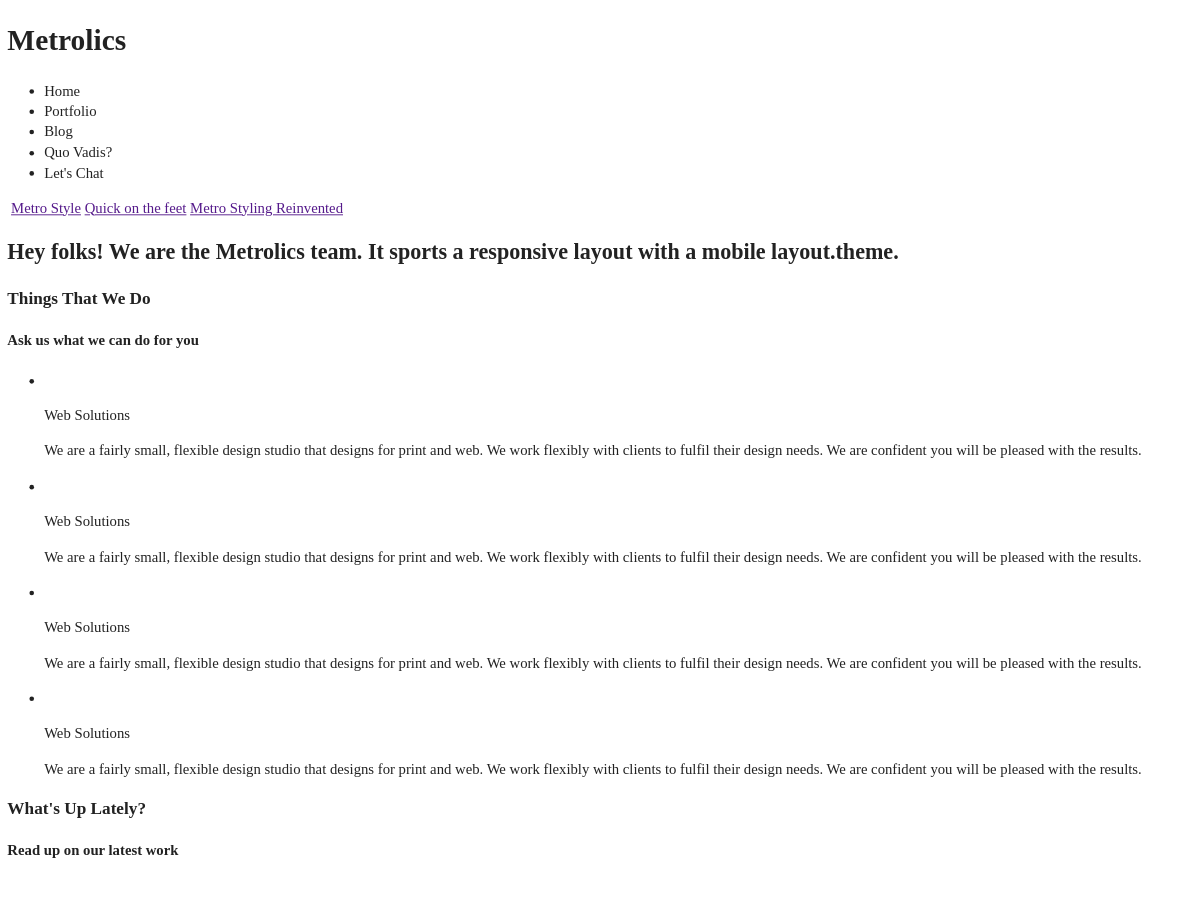
Repository: kaitlynlew/Lab02-Metrolics
Page: index.html
The author's editor kept a copy of each file at every save. The page is drawn from the files as they stood at one save, then again after the next save.
The browser window is 1280 px wide. The pictures show the whole page, at 92% of full size.

Above is the page before, as saved 2025-01-22 15:18:44.

### index.html
<!doctype html>
<html class="no-js" lang="">

<head>
  <meta charset="utf-8">
  <meta name="viewport" content="width=device-width, initial-scale=1">
  <title>Metrolics</title>
  <link rel="stylesheet" href="css/style.css">
  <meta name="description" content="">

  <meta property="og:title" content="">
  <meta property="og:type" content="">
  <meta property="og:url" content="">
  <meta property="og:image" content="">
  <meta property="og:image:alt" content="">

  <link rel="manifest" href="site.webmanifest">
  <meta name="theme-color" content="#fafafa">
</head>

<body>

  <header>
    <h1>Metrolics</h1>
    <nav>
        <ul>
            <li>Home</li>
            <li>Portfolio</li>
            <li>Blog</li>
            <li>Quo Vadis?</li>
            <li>Let's Chat</li>
        </ul>
    </nav>
</header>

<div>
  <img src="">
  <a href="">Metro Style</a>
  <a href="">Quick on the feet</a>
  <a href="">Metro Styling Reinvented</a>
</div>

<h2>Hey folks! We are the Metrolics team. It sports a responsive layout with a mobile layout.theme.</h2>

<section>
    <h3>Things That We Do</h3>
    <h4>Ask us what we can do for you</h4>
    <div>
        <ul>
            <li><img src="">
                <p>Web Solutions</p>
                <p>We are a fairly small, flexible design studio that designs for print and web. We work flexibly with clients to fulfil their design needs. We are confident you will be pleased with the results.</p>
            </li>
        </ul>
        <ul>
            <li><img src="">
                <p>Web Solutions</p>
                <p>We are a fairly small, flexible design studio that designs for print and web. We work flexibly with clients to fulfil their design needs. We are confident you will be pleased with the results.</p>
            </li>
        </ul>
        <ul>
            <li><img src="">
                <p>Web Solutions</p>
                <p>We are a fairly small, flexible design studio that designs for print and web. We work flexibly with clients to fulfil their design needs. We are confident you will be pleased with the results.</p>
            </li>
        </ul>
        <ul>
            <li><img src="">
                <p>Web Solutions</p>
                <p>We are a fairly small, flexible design studio that designs for print and web. We work flexibly with clients to fulfil their design needs. We are confident you will be pleased with the results.</p>
            </li>
        </ul>
    </div>
</section>

<section>
  <h3>What's Up Lately?</h3>
  <h4>Read up on our latest work</h4>
  <div>
    <img src="">
    <img src="">
    <img src="">
  </div>
</section>

  <script src="js/app.js"></script>

</body>

</html>

### css/style.css
/*! HTML5 Boilerplate v9.0.1 | MIT License | https://html5boilerplate.com/ */

/* main.css 3.0.0 | MIT License | https://github.com/h5bp/main.css#readme */
/*
 * What follows is the result of much research on cross-browser styling.
 * Credit left inline and big thanks to Nicolas Gallagher, Jonathan Neal,
 * Kroc Camen, and the H5BP dev community and team.
 */

/* ==========================================================================
   Base styles: opinionated defaults
   ========================================================================== */

html {
  color: #222;
  font-size: 1em;
  line-height: 1.4;
}

/*
 * Remove text-shadow in selection highlight:
 * https://twitter.com/miketaylr/status/12228805301
 *
 * Customize the background color to match your design.
 */

::-moz-selection {
  background: #b3d4fc;
  text-shadow: none;
}

::selection {
  background: #b3d4fc;
  text-shadow: none;
}

/*
 * A better looking default horizontal rule
 */

hr {
  display: block;
  height: 1px;
  border: 0;
  border-top: 1px solid #ccc;
  margin: 1em 0;
  padding: 0;
}

/*
 * Remove the gap between audio, canvas, iframes,
 * images, videos and the bottom of their containers:
 * https://github.com/h5bp/html5-boilerplate/issues/440
 */

audio,
canvas,
iframe,
img,
svg,
video {
  vertical-align: middle;
}

/*
 * Remove default fieldset styles.
 */

fieldset {
  border: 0;
  margin: 0;
  padding: 0;
}

/*
 * Allow only vertical resizing of textareas.
 */

textarea {
  resize: vertical;
}

/* ==========================================================================
   Author's custom styles
   ========================================================================== */

/* ==========================================================================
   Helper classes
   ========================================================================== */

/*
 * Hide visually and from screen readers
 */

.hidden,
[hidden] {
  display: none !important;
}

/*
 * Hide only visually, but have it available for screen readers:
 * https://snook.ca/archives/html_and_css/hiding-content-for-accessibility
 *
 * 1. For long content, line feeds are not interpreted as spaces and small width
 *    causes content to wrap 1 word per line:
 *    https://medium.com/@jessebeach/beware-smushed-off-screen-accessible-text-5952a4c2cbfe
 */

.visually-hidden {
  border: 0;
  clip: rect(0, 0, 0, 0);
  height: 1px;
  margin: -1px;
  overflow: hidden;
  padding: 0;
  position: absolute;
  white-space: nowrap;
  width: 1px;
  /* 1 */
}

/*
 * Extends the .visually-hidden class to allow the element
 * to be focusable when navigated to via the keyboard:
 * https://www.drupal.org/node/897638
 */

.visually-hidden.focusable:active,
.visually-hidden.focusable:focus {
  clip: auto;
  height: auto;
  margin: 0;
  overflow: visible;
  position: static;
  white-space: inherit;
  width: auto;
}

/*
 * Hide visually and from screen readers, but maintain layout
 */

.invisible {
  visibility: hidden;
}

/*
 * Clearfix: contain floats
 *
 * The use of `table` rather than `block` is only necessary if using
 * `::before` to contain the top-margins of child elements.
 */

.clearfix::before,
.clearfix::after {
  content: "";
  display: table;
}

.clearfix::after {
  clear: both;
}

/* ==========================================================================
   EXAMPLE Media Queries for Responsive Design.
   These examples override the primary ('mobile first') styles.
   Modify as content requires.
   ========================================================================== */

@media only screen and (min-width: 35em) {
  /* Style adjustments for viewports that meet the condition */
}

@media print,
  (-webkit-min-device-pixel-ratio: 1.25),
  (min-resolution: 1.25dppx),
  (min-resolution: 120dpi) {
  /* Style adjustments for high resolution devices */
}

/* ==========================================================================
   Print styles.
   Inlined to avoid the additional HTTP request:
   https://www.phpied.com/delay-loading-your-print-css/
   ========================================================================== */

@media print {
  *,
  *::before,
  *::after {
    background: #fff !important;
    color: #000 !important;
    /* Black prints faster */
    box-shadow: none !important;
    text-shadow: none !important;
  }

  a,
  a:visited {
    text-decoration: underline;
  }

  a[href]::after {
    content: " (" attr(href) ")";
  }

  abbr[title]::after {
    content: " (" attr(title) ")";
  }

  /*
   * Don't show links that are fragment identifiers,
   * or use the `javascript:` pseudo protocol
   */
  a[href^="#"]::after,
  a[href^="javascript:"]::after {
    content: "";
  }

  pre {
    white-space: pre-wrap !important;
  }

  pre,
  blockquote {
    border: 1px solid #999;
    page-break-inside: avoid;
  }

  tr,
  img {
    page-break-inside: avoid;
  }

  p,
  h2,
  h3 {
    orphans: 3;
    widows: 3;
  }

  h2,
  h3 {
    page-break-after: avoid;
  }
}

Loaded but not shown: js/app.js (no stored copy; drawn as an empty file)

After the next save:
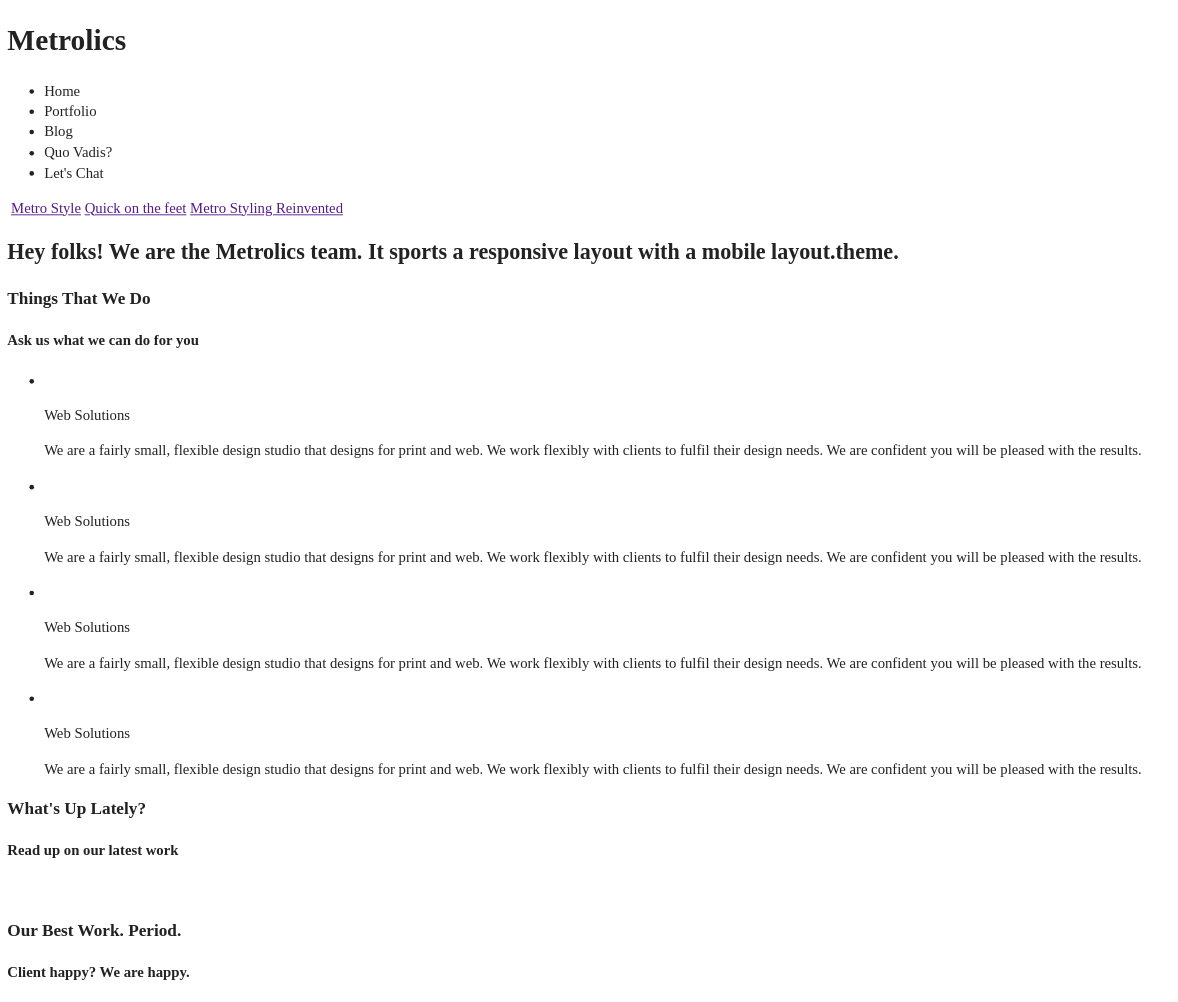
Saved 34 s later.
--- a/index.html
+++ b/index.html
@@ -83,6 +83,11 @@
   </div>
 </section>
 
+<section>
+  <h3>Our Best Work. Period.</h3>
+  <h4>Client happy? We are happy.</h4>
+</section>
+
   <script src="js/app.js"></script>
 
 </body>
